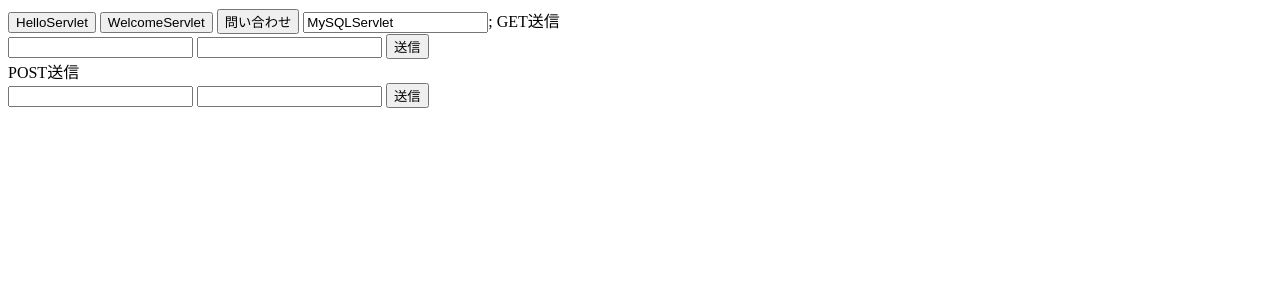
Repository: yoshimi-takeuchi/test
Page: http://localhost/HelloServlet/
An editor plug-in stored every save of this project. The page is shown before and after the next save, followed by the edit.
The browser window is 1280 px wide. The pictures show the whole page.
The page is served by Tomcat 9. Other server files are loaded and not shown.

Above is the page before, as saved 2019-01-31 07:32:05.
Console error (its wording comes from the project's code and is left out).

### HelloServlet/WebContent/index.jsp
<%@ page language="java" contentType="text/html; charset=UTF-8"
    pageEncoding="UTF-8"%>
<!DOCTYPE html>
	<html>
		<head>
		<meta charset="UTF-8">
		<title>HelloServlet</title>
		</head>
	<body>

		<input type="button" value="HelloServlet" onClick="location.href='HelloServlet'">
		<input type="button" value="WelcomeServlet" onClick="location.href='welcome.jsp'">
		<input type="button" value="問い合わせ" onClick="location.href='inquiry.jsp'">
		<input type="botton" value="MySQLServlet" onClick="location.href='MySQLServlet">;

		GET送信
		<form method="get" action="TestServlet">
			<input type="text" name="username">
			<input type="password" name="password">
			<input type="submit" value="送信">
		</form>
		POST送信
		<form method="post" action="TestServlet">
			<input type="text" name="username">
			<input type="password" name="password">
			<input type="submit" value="送信">
		</form>

	</body>
</html>

After the next save:
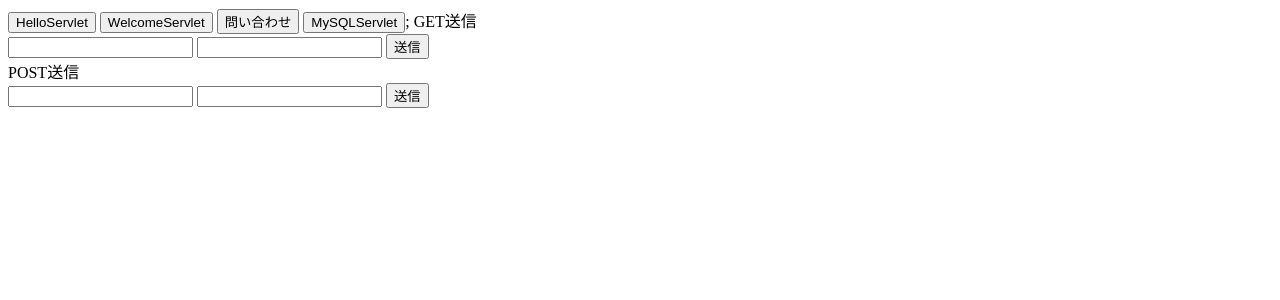
Saved 7 s later.
--- a/HelloServlet/WebContent/index.jsp
+++ b/HelloServlet/WebContent/index.jsp
@@ -11,7 +11,7 @@
 		<input type="button" value="HelloServlet" onClick="location.href='HelloServlet'">
 		<input type="button" value="WelcomeServlet" onClick="location.href='welcome.jsp'">
 		<input type="button" value="問い合わせ" onClick="location.href='inquiry.jsp'">
-		<input type="botton" value="MySQLServlet" onClick="location.href='MySQLServlet">;
+		<input type="button" value="MySQLServlet" onClick="location.href='MySQLServlet">;
 
 		GET送信
 		<form method="get" action="TestServlet">
